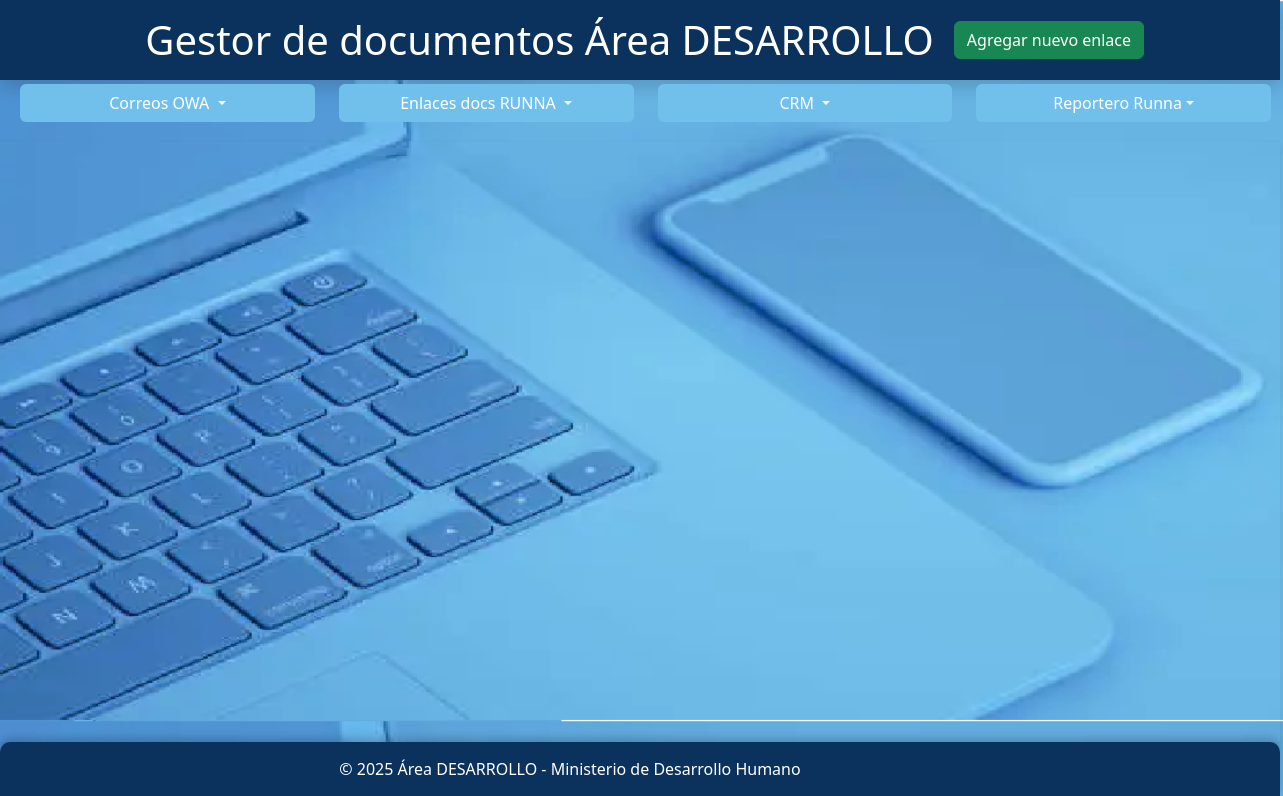
Repository: cosmariana/gestorDoc
Page: index.html
These files come from the project's save history. The page is drawn as it stood at one moment and after the next save; the edit follows.
The browser window is 1280 px wide. The page is 1283 px wide, so the pictures cover 1283 px, including what lies to the right of the window. The pictures show the whole page.
Backgrounds fixed to the window are drawn as part of the page.

Above is the page before, as saved 2025-03-22 08:47:16.

### index.html
<!DOCTYPE html>
<html lang="es">
<head>
    <meta charset="UTF-8">
    <meta name="viewport" content="width=device-width, initial-scale=1.0">
    <link href="https://cdn.jsdelivr.net/npm/bootstrap@5.3.2/dist/css/bootstrap.min.css" rel="stylesheet" integrity="sha384-T3c6CoIi6uLrA9TneNEoa7RxnatzjcDSCmG1MXxSR1GAsXEV/Dwwykc2MPK8M2HN" crossorigin="anonymous">
    <link rel="stylesheet" href="style.css">
    <link rel="icon" href="./img/Cba.png">
    <title>Gestor</title>
</head>
<body>
    <!-- Encabezado con título y botón -->
    <header class="text-white p-3 shadow">
        <div class="container" style="display: flex; align-items: center; justify-content: flex-end;">
            <h1 class="m-0">Gestor de documentos Área DESARROLLO</h1>
            <button class="btn btn-success" onclick="showAddLinkModal()" style="margin-left: 20px;">Agregar nuevo enlace</button>
        </div>
    </header>

   <!-- <div class="container mt-5">
        <div class="titulo d-flex align-items-center justify-content-between">
            <h1 class="text-white  p-3 rounded shadow">Gestor de documentos Área DESARROLLO</h1>
            <button class="btn btn-success ms-3" onclick="showAddLinkModal()">Agregar nuevo enlace</button>
        </div>
    </div>-->



        <div class="botones">
            <div class="row">
                <!-- Primer grupo de botones -->
                <div class="col-md-6 col-lg-3">
                    <div class="grid_1_4">
                        <div class="btn-group">
                            <button class="btn btn-primary dropdown-toggle" type="button" id="dropdownMenuButton1" data-bs-toggle="dropdown" aria-expanded="false">
                                Correos OWA
                            </button>
                            <ul class="dropdown-menu" id="linksList1">
                                <li>
                                    <a class="dropdown-item" href="#" onclick="loadDocument('https://correo.cba.gov.ar/owa/#path=/mail')">OWA personal</a>
                                    <button class="btn btn-danger btn-sm ms-2" onclick="deleteLink(this)">Eliminar</button>
                                </li>
                                <li>
                                    <a class="dropdown-item" href="#" onclick="loadDocument('https://correo.cba.gov.ar/owa/desarrollosistemas.mindh@cba.gov.ar/?offline=disabled#path=/mail')">Desarrollosistemas.mindh</a>
                                    <button class="btn btn-danger btn-sm ms-2" onclick="deleteLink(this)">Eliminar</button>
                                </li>
                            </ul>
                        </div>
                    </div>
                </div>

                <!-- Segundo grupo de botones -->
                <div class="col-md-6 col-lg-3">
                    <div class="grid_1_4">
                        <div class="btn-group">
                            <button class="btn btn-primary dropdown-toggle" type="button" id="dropdownMenuButton2" data-bs-toggle="dropdown" aria-expanded="false">
                                Enlaces docs RUNNA
                            </button>
                            <ul class="dropdown-menu" id="linksList2">
                                <li>
                                    <a class="dropdown-item" href="#" onclick="loadDocument('https://docs.google.com/document/d/1Y6ewuhxpmjSfIKIB8mI8GgJwelG62KhPLnvff48lFOk/edit?tab=t.0')">MANUAL Runna externo</a>
                                    <button class="btn btn-danger btn-sm ms-2" onclick="deleteLink(this)">Eliminar</button>
                                </li>
                                <li>
                                    <a class="dropdown-item" href="#" onclick="loadDocument('https://docs.google.com/document/d/1mkJ7tQt9hsKpDjTrYakvATGapnmV3OO_IDhKdUgaNp8/edit?pli=1#heading=h.xakz3yut599u')">Roles varios</a>
                                    <button class="btn btn-danger btn-sm ms-2" onclick="deleteLink(this)">Eliminar</button>
                                </li>
                            </ul>
                        </div>
                    </div>
                </div>

                <!-- Tercer grupo de botones -->
                <div class="col-md-6 col-lg-3">
                    <div class="grid_1_4">
                        <div class="btn-group">
                            <button class="btn btn-primary dropdown-toggle" type="button" id="dropdownMenuButton3" data-bs-toggle="dropdown" aria-expanded="false">
                                CRM
                            </button>
                            <ul class="dropdown-menu" id="linksList3">
                                <li>
                                    <a class="dropdown-item" href="#" onclick="loadDocument('https://docs.google.com/document/d/1v6XyRDMLF-iN54AIlSgJTCBwAWErMdMrJXlw4I9d5gg/edit')">Minuta reunión 03/2024</a>
                                    <button class="btn btn-danger btn-sm ms-2" onclick="deleteLink(this)">Eliminar</button>
                                </li>
                                <li>
                                    <a class="dropdown-item" href="#" onclick="loadDocument('https://docs.google.com/document/d/1sjCZv5RSNVhnx9oYRsyvDWIflvovCugFhI2xmAdSUgk/edit')">Minuta reunión 04/2024</a>
                                    <button class="btn btn-danger btn-sm ms-2" onclick="deleteLink(this)">Eliminar</button>
                                </li>
                            </ul>
                        </div>
                    </div>
                </div>

                <!-- Cuarto grupo de botones -->
                <div class="col-md-6 col-lg-3">
                    <div class="grid_1_4">
                        <div class="btn-group">
                            <button class="btn btn-primary dropdown-toggle" type="button" id="dropdownMenuButton4" data-bs-toggle="dropdown" aria-expanded="false">Reportero Runna</button>
                            <ul class="dropdown-menu" id="linksList4">
                                <li>
                                    <a class="dropdown-item" href="#" onclick="loadDocument('https://docs.google.com/document/d/1lrqbtcQ7G0_Hq1zUk1qSnz2KExrZyF2qH-6buS2crXE/edit')">Requerimientos reportero</a>
                                    <button class="btn btn-danger btn-sm ms-2" onclick="deleteLink(this)">Eliminar</button>
                                </li>
                            </ul>
                        </div>
                    </div>
                </div>
            </div>
        </div>


        <!-- Sección del iframe -->
        <div class="documento mt-3">
            <iframe id="documentViewer"
                    width="100%"
                    height="600"
                    style="border:none;"></iframe>
        </div>
    </div>

    <script src="https://cdn.jsdelivr.net/npm/bootstrap@5.3.2/dist/js/bootstrap.bundle.min.js"></script>
    <script>
        // Función para cargar el documento en el iframe
        function loadDocument(url) {
            document.getElementById('documentViewer').src = url;
        }

        // Función para eliminar un enlace
        function deleteLink(button) {
            const confirmDelete = confirm("¿Estás seguro de que deseas eliminar este enlace?");
            if (confirmDelete) {
                const linkItem = button.parentElement;
                linkItem.remove();
                alert("¡Enlace eliminado correctamente!");
            }
        }
    </script>
    <script>
        function showAddLinkModal() {
            // Crear un cuadro de diálogo para ingresar la información
            const modalContent = `
                <div id="addLinkModal" style="display: flex; flex-direction: column; gap: 10px; padding: 20px; background: white; border: 1px solid #ccc; border-radius: 5px; width: 300px; position: fixed; top: 50%; left: 50%; transform: translate(-50%, -50%); z-index: 1000;">
                    <label for="dropdownSelection">Selecciona el desplegable:</label>
                    <select id="dropdownSelection">
                        <option value="linksList1">Correos OWA</option>
                        <option value="linksList2">Enlaces docs RUNNA</option>
                        <option value="linksList3">CRM</option>
                        <option value="linksList4">Reportero Runna</option>
                    </select>
                    <label for="linkName">Nombre del enlace:</label>
                    <input type="text" id="linkName" placeholder="Ej: Manual de Usuario">
                    <label for="linkURL">URL del enlace:</label>
                    <input type="text" id="linkURL" placeholder="Ej: https://ejemplo.com">
                    <button id="Agregar" onclick="addLink()">Guardar</button>
                    <button id="Cancelar" onclick="closeModal()">Cancelar</button>
                </div>
            `;

            // Insertar el modal en el body
            const modal = document.createElement('div');
            modal.innerHTML = modalContent;
            document.body.appendChild(modal);
        }

        function closeModal() {
            const modal = document.getElementById('addLinkModal');
            if (modal) modal.remove();
        }

        function addLink() {
            const dropdownSelection = document.getElementById('dropdownSelection').value;
            const linkName = document.getElementById('linkName').value;
            const linkURL = document.getElementById('linkURL').value;

            if (linkName && linkURL) {
                const selectedList = document.getElementById(dropdownSelection);

                // Crear un nuevo elemento de lista con enlace y botón de eliminar
                const newLink = document.createElement('li');
                newLink.innerHTML = `
                    <a class="dropdown-item" href="#" onclick="loadDocument('${linkURL}')">${linkName}</a>
                    <button class="btn btn-danger btn-sm ms-2" onclick="deleteLink(this)">Eliminar</button>
                `;
                selectedList.appendChild(newLink);

                alert("¡Enlace agregado correctamente!");
                closeModal();
            } else {
                alert("Por favor, completa todos los campos.");
            }
        }
    </script>
    <footer class="footer mt-5">
    <div class="container text-center">
        <p class="m-0 text-white">© 2025 Área DESARROLLO - Ministerio de Desarrollo Humano</p>
    </div>
</footer>

</body>
</html>

### style.css
body {
    background-image: url('./img/fondo1.png');
    background-repeat: no-repeat;
    background-attachment: fixed;
    background-position: center;
    background-size: cover;
    margin: 0;
    padding: 0;
}
header {
    background-color: #0a325d;
}

html {
    margin: 0 !important;
    padding: 0 !important;
    box-sizing: border-box;
}
.container {
    margin: 0 !important;
}

div.bg-primary {
    border-radius: 10px;
    text-align: center;
    width: 100%;
}

.grid_1_4 {
    text-align: center;
    width: 100%;
}

.btn-group {
    text-align: center;
    width: 100%;
}

.btn-primary:hover {
    background-color: #2596be;
    color: white;
    border: none;
}

div.titulo {
    display: flex;
    text-align: center;
    border: 2px solid transparent;
    padding: 2px;
    margin-top: 0;
    margin-left: 1pc;
    margin-right: 3px;
}

div.botones {
    text-align: center;
    border: 2px solid transparent;
    padding: 2px;
    margin-left: 1pc;
    margin-right: 5px;
}

iframe {
    width: 100%;
    height: 600px;
    border: none;
    display: block;
    margin: 0 auto;
    box-shadow: 0 4px 8px rgba(0, 0, 0, 0.1);
}

::-webkit-scrollbar {
    display: none;
}

.btn-primary {
    background: #71c0eb;
    padding: 7px 20px;
    border: 10px;
    border-color: white !important;
    width: 100%;
}

.bt-info {
    padding: 10px 5px;
}

.dropdown-menu li {
    display: flex;
    align-items: center;
    flex-wrap: nowrap;
    padding: 5px;
    list-style: none;
    margin: 0;
}

.dropdown-item {
    flex-grow: 1;
    margin: 0;
    text-decoration: none;
    color: #007bff;
    white-space: nowrap;
}

.btn-danger {
    flex-shrink: 0;
    margin-left: 10px;
    padding: 1px 5px;
    font-size: 0.85rem;
    white-space: nowrap;
}
ul.dropdown-menu li {
    padding: 0;
    margin: 0;
    border: none;
    box-shadow: none;
}
ul.dropdown-menu {
    min-width: 300px;
    max-width: 100%;
    padding: 0;
    margin: 0;
    border: none;
}
.titulo h1 {
    margin-top: 0 !important;
    font-size: 2rem;
    text-align: center;
    color: white;
    background-color: #0a325d !important;
    border-radius: 10px;
    padding: 5px !important ;
    box-shadow: 0 4px 8px rgba(0, 0, 0, 0.2);
    flex-grow: 1;
}

.titulo .btn-success {
    padding: 10px 15px;
    font-size: 0.9rem;
    border-radius: 5px;
    box-shadow: 0 4px 8px rgba(0, 0, 0, 0.2);
}

.titulo {
    display: flex;
    align-items: center;
    justify-content: space-between;
    margin-bottom: 20px;
    margin: 0;
    padding: 0;
    margin-left: 0 !important;
}
.documento {
    margin: 0;
    padding: 0;
}

.documento iframe {
    margin: 0;
    padding: 0;
    display: block;
}

.footer {
    margin-top: 0 !important;
    padding: 15px 0;
    background-color: #0a325d ;
    color: white;
    border-radius: 10px 10px 0 0;
    box-shadow: 0 -4px 8px rgba(0, 0, 0, 0.2);
}
#Agregar{
    background-color:#71c0eb;
    color:black;
    border: #71c0eb;
    border-radius: 5px;
    cursor: pointer;
    padding: 1;
}

After the next save:
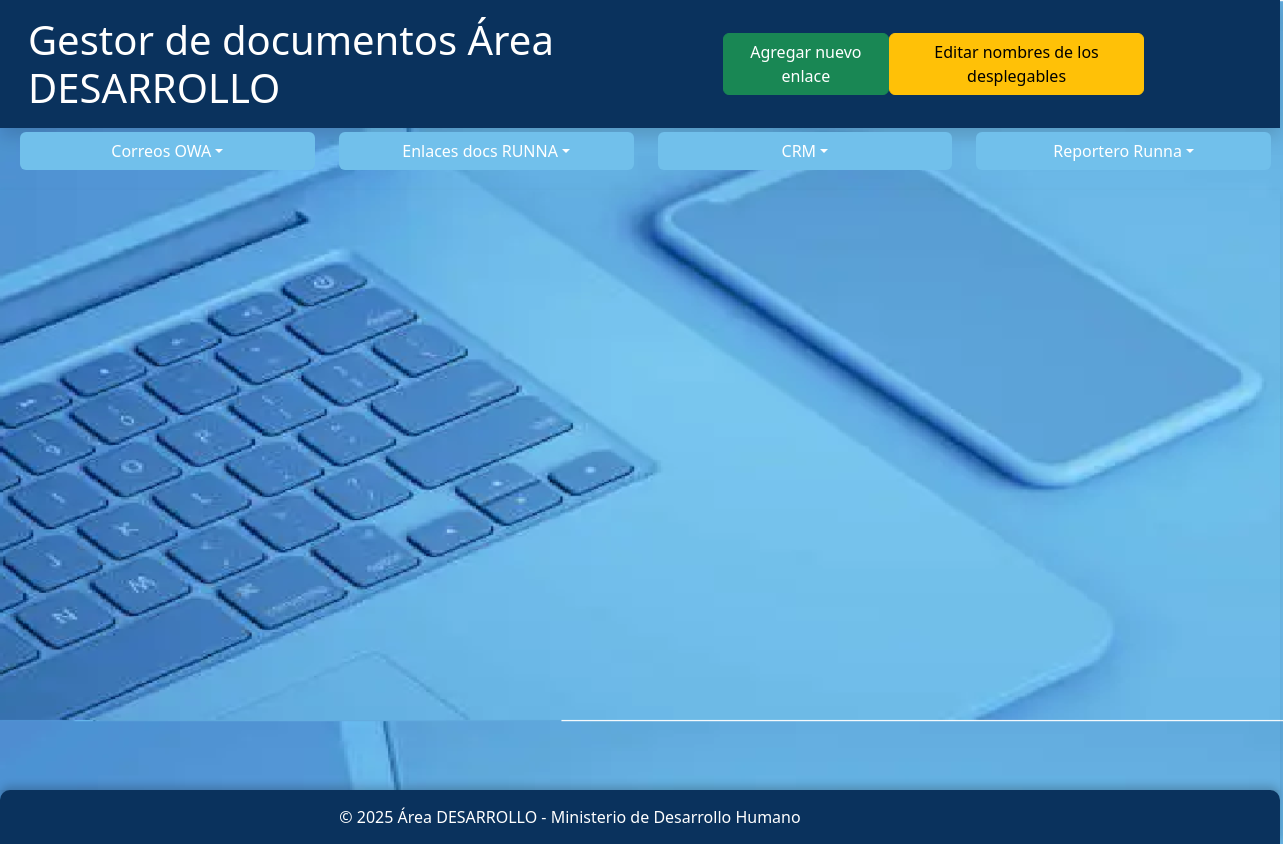
Saved 56 min 16 s later.
--- a/index.html
+++ b/index.html
@@ -14,6 +14,7 @@
         <div class="container" style="display: flex; align-items: center; justify-content: flex-end;">
             <h1 class="m-0">Gestor de documentos Área DESARROLLO</h1>
             <button class="btn btn-success" onclick="showAddLinkModal()" style="margin-left: 20px;">Agregar nuevo enlace</button>
+            <button class="btn btn-warning" onclick="editDropdownNames()">Editar nombres de los desplegables</button>
         </div>
     </header>
 
@@ -189,7 +190,46 @@
                 alert("Por favor, completa todos los campos.");
             }
         }
+    // Función para abrir un cuadro de edición de nombres
+function editDropdownNames() {
+    const dropdownNames = [
+        { id: 'dropdownMenuButton1', defaultName: 'Correos OWA' },
+        { id: 'dropdownMenuButton2', defaultName: 'Enlaces docs RUNNA' },
+        { id: 'dropdownMenuButton3', defaultName: 'CRM' },
+        { id: 'dropdownMenuButton4', defaultName: 'Reportero Runna' }
+    ];
+
+    dropdownNames.forEach(dropdown => {
+        const currentName = localStorage.getItem(dropdown.id) || dropdown.defaultName;
+        const newName = prompt(`Ingresa un nuevo nombre para "${currentName}"`, currentName);
+        if (newName) {
+            // Guarda el nuevo nombre en localStorage
+            localStorage.setItem(dropdown.id, newName);
+            // Actualiza el texto del botón
+            document.getElementById(dropdown.id).innerText = newName;
+        }
+    });
+}
+
+// Función para inicializar nombres al cargar la página
+function initializeDropdownNames() {
+    const dropdownNames = [
+        { id: 'dropdownMenuButton1', defaultName: 'Correos OWA' },
+        { id: 'dropdownMenuButton2', defaultName: 'Enlaces docs RUNNA' },
+        { id: 'dropdownMenuButton3', defaultName: 'CRM' },
+        { id: 'dropdownMenuButton4', defaultName: 'Reportero Runna' }
+    ];
+
+    dropdownNames.forEach(dropdown => {
+        const savedName = localStorage.getItem(dropdown.id) || dropdown.defaultName;
+        document.getElementById(dropdown.id).innerText = savedName;
+    });
+}
+
+// Llama a esta función al cargar la página
+initializeDropdownNames();
     </script>
+
     <footer class="footer mt-5">
     <div class="container text-center">
         <p class="m-0 text-white">© 2025 Área DESARROLLO - Ministerio de Desarrollo Humano</p>
